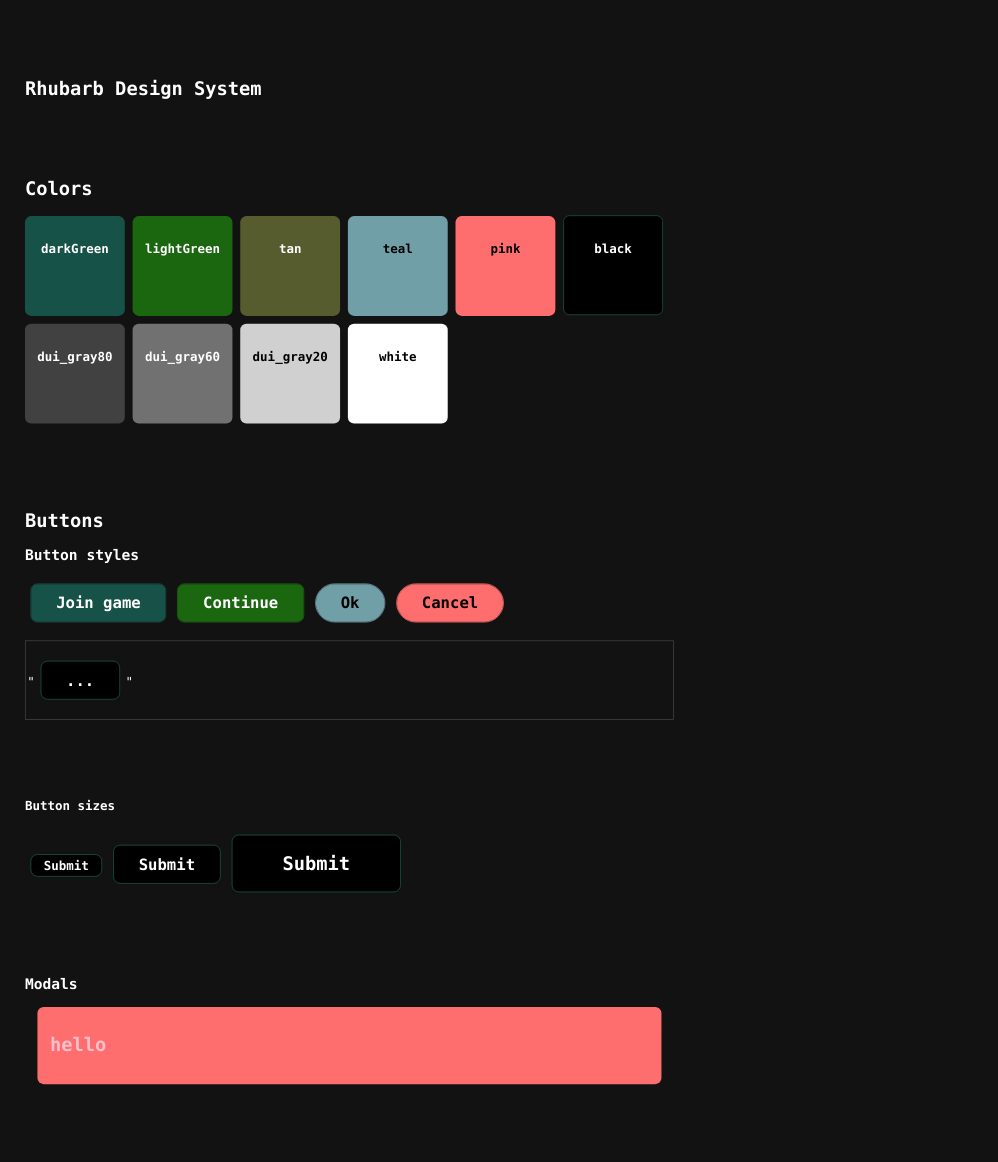
Repository: kttalley/designing-with-data_react-class
Page: / (app in lesson6_design-system-component-extension/)
The author's editor kept a copy of each file at every save. The page is drawn from the files as they stood at one save, then again after the next save.
The browser window is 1280 px wide. The pictures show the whole page, at 78% of full size.
The project was rebuilt for these pictures with package versions that can differ from the ones it lists, and the page was loaded fresh each time. Also part of the build but not shown: lesson6_design-system-component-extension/src/Rhubarb/Icon.js. Imported but missing from the stored project, and not drawn on this page: lesson6_design-system-component-extension/src/Rhubarb/Input.

Above is the page before, as saved 2023-08-31 15:42:47.

After the next save:
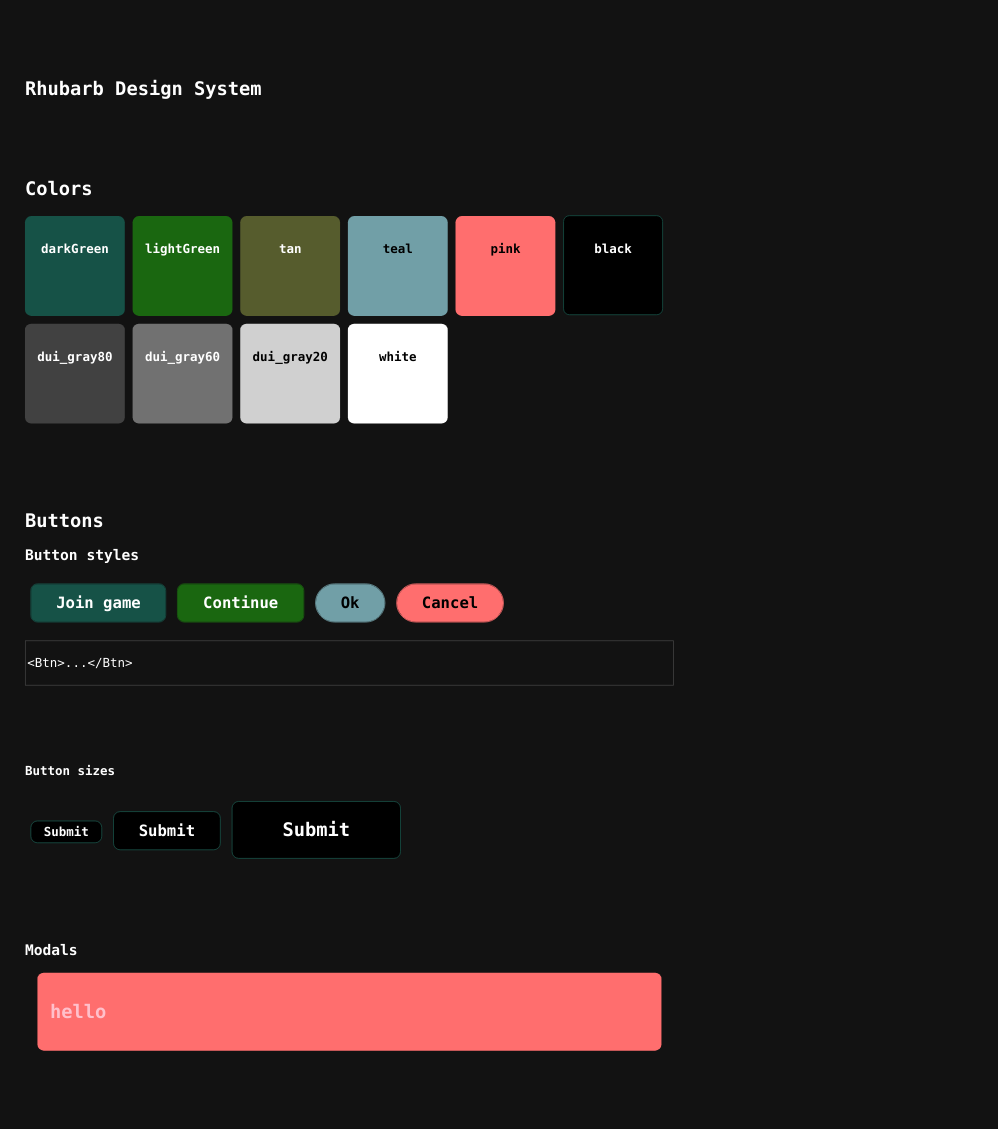
Saved 5 s later.
--- a/lesson6_design-system-component-extension/src/App.js
+++ b/lesson6_design-system-component-extension/src/App.js
@@ -39,7 +39,7 @@ class App extends Component {
           <Btn color="pink"  roundness="pill">Cancel</Btn>
           <DocsCodeBlock>
             <p>
-              "<Btn>...</Btn>"
+              {"<Btn>...</Btn>"}
             </p>
           </DocsCodeBlock>
       </DocsSection>
